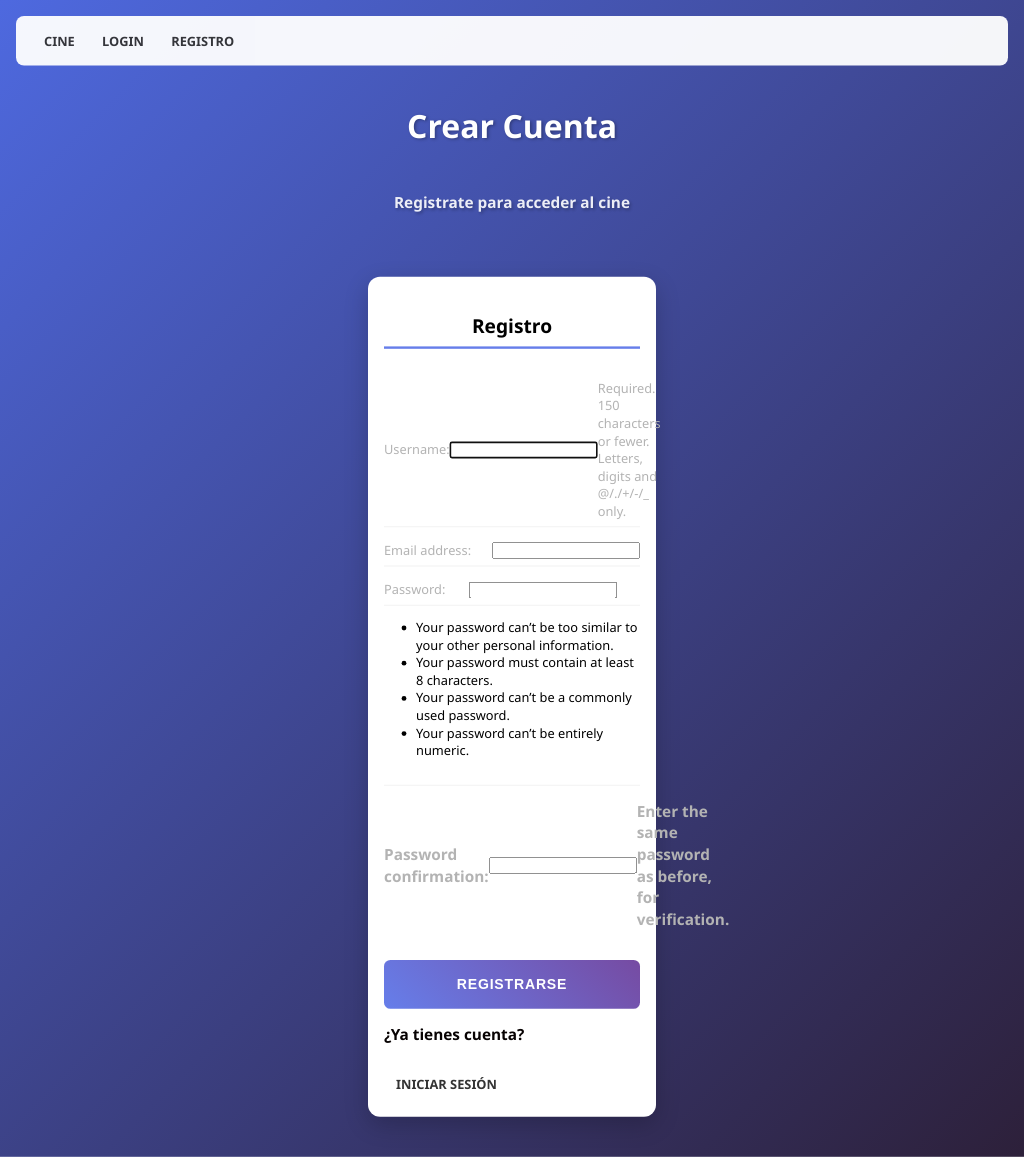
Repository: RoyScc/Practico-Django
Page: http://localhost/register/
These files come from the project's save history. The page is drawn as it stood at one moment and after the next save; the edit follows.
The browser window is 1280 px wide. The pictures show the whole page, at 80% of full size.
The page is served by the project's application, run on Django 5.2 (manage.py).

Above is the page before, as saved 2026-05-27 09:00:52.

After the next save:
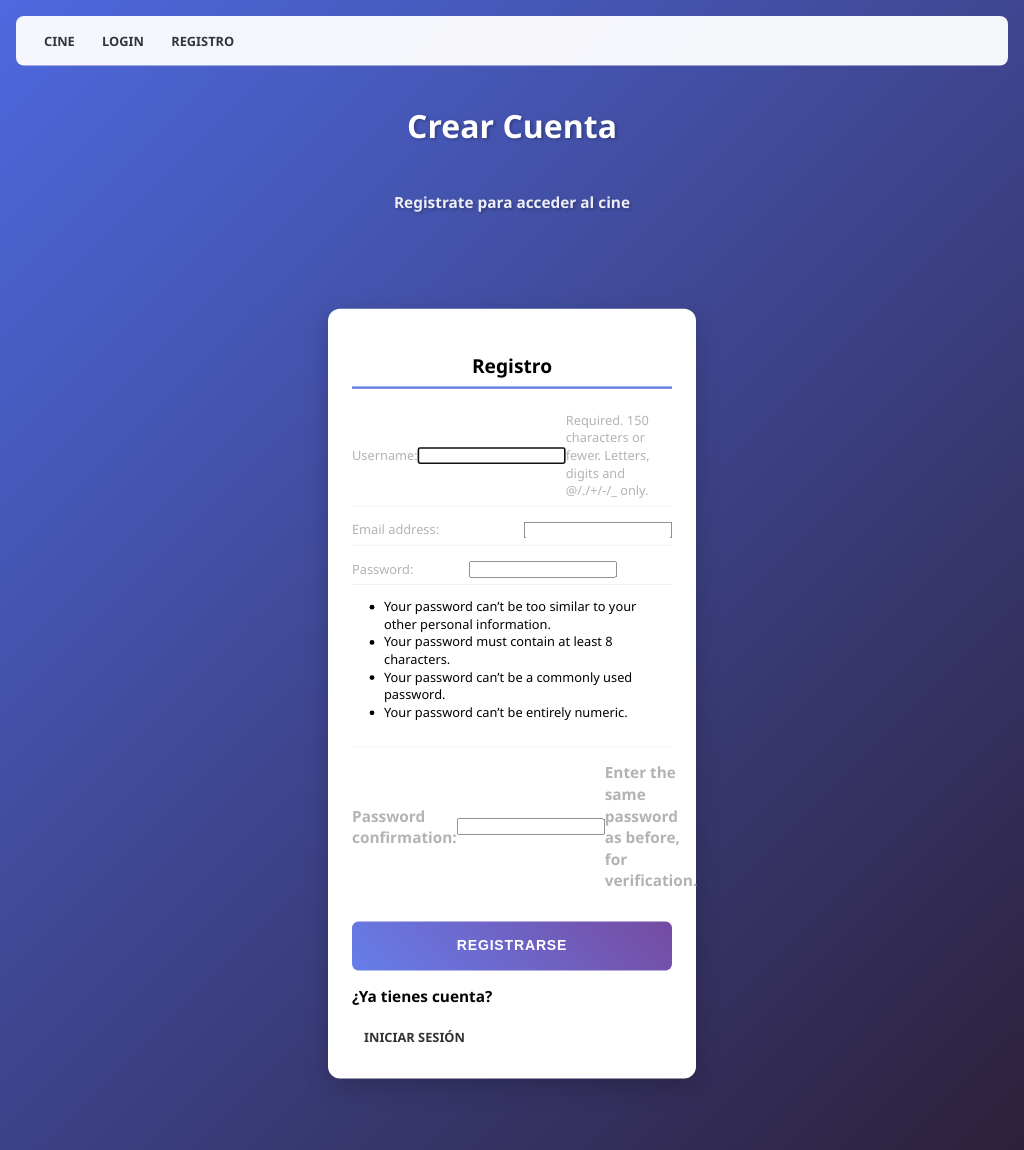
Saved 26 s later.
--- a/tickets/templates/tickets/register.html
+++ b/tickets/templates/tickets/register.html
@@ -9,7 +9,7 @@
 
 <div class="cartelera">
 
-    <div class="ticket-item">
+    <div class="login-container">
 
         <h3 class="h3">Registro</h3>
 
